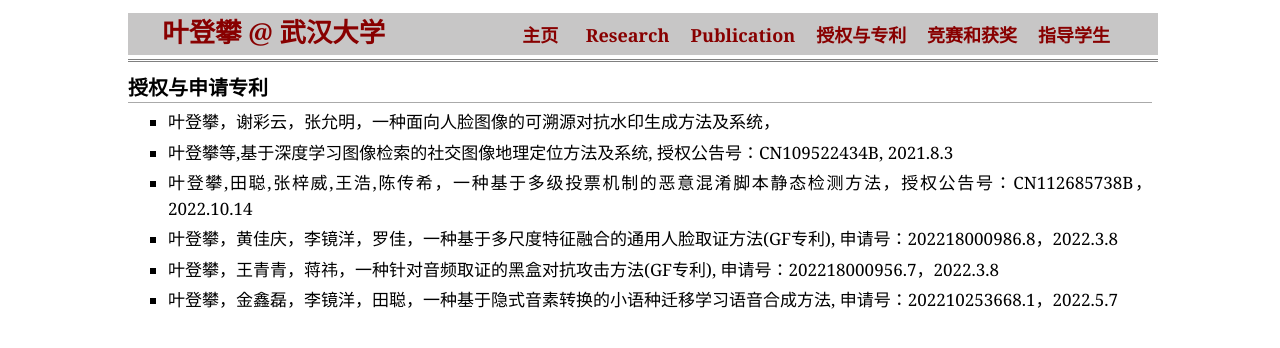
Repository: yedengpan/yedengpan.github.io
Page: patent.html
These files come from the project's save history. The page is drawn as it stood at one moment and after a run of saves; the edit follows.
The browser window is 1280 px wide. The pictures show the whole page.

Above is the page before, as saved 2024-01-18 21:02:15.
Console error: SyntaxError: Unexpected token '%'

### patent.html
<!DOCTYPE html PUBLIC "-//W3C//DTD XHTML 1.1//EN" "http://www.w3.org/TR/xhtml11/DTD/xhtml11.dtd">
<html xmlns="http://www.w3.org/1999/xhtml" xml:lang="en">
<head>
    <meta http-equiv="Content-Type" content="text/html; charset=UTF-8">
    <meta name="generator" content="jemdoc, see http://jemdoc.jaboc.net/">

    <link rel="stylesheet" href="./source_files/jemdoc.css" type="text/css">
    <title>授权与专利</title>
    <script type="text/javascript" src="./source_files/jquery-1.12.4.min.js"></script>
    <script src="./source_files/main.js"></script>

</head>
<body>
    <div id="layout-content">

        <div id="toptitle">
            <h1 width=100% id="home">
                &nbsp;&nbsp;&nbsp;&nbsp;
                <font color="#880000">叶登攀 @ 武汉大学</font>
                &nbsp;&nbsp;&nbsp;&nbsp;&nbsp;&nbsp;&nbsp;&nbsp;&nbsp;&nbsp;&nbsp;&nbsp;&nbsp;&nbsp;&nbsp;&nbsp;&nbsp;&nbsp;
                <a href="./index.html"><font color="#880000" size="4.0px">主页</font></a>
                &nbsp;&nbsp;
                <a href="./research.html"><font color="#880000" size="4.0px">Research &nbsp;&nbsp;</font></a>
                <a href="./publication.html"><font color="#880000" size="4.0px">Publication &nbsp;&nbsp;</font></a>
                <a href="./patent.html"><font color="#880000" size="4.0px">授权与专利 &nbsp;&nbsp;</font></a>
                <a href="./awards.html"><font color="#880000" size="4.0px">竞赛和获奖 &nbsp;&nbsp;</font></a>
                <a href="./student.html"><font color="#880000" size="4.0px">指导学生 &nbsp;&nbsp;</font></a>                &nbsp;&nbsp;&nbsp;&nbsp;
            </h1>
        </div>

        <br> <br>

        <h2>授权与申请专利</h2>
        <body>
            <ul>
                <li>
                    <p style="text-align: justify;">
                        叶登攀，谢彩云，张允明，一种面向人脸图像的可溯源对抗水印生成方法及系统，
                    </p>

                </li>
                <li>
                    <p style="text-align:justify;">
                        叶登攀等,基于深度学习图像检索的社交图像地理定位方法及系统, 授权公告号：CN109522434B, 2021.8.3
                    </p>
                </li>
                <li>
                    <p style="text-align:justify;">
                        叶登攀,田聪,张梓威,王浩,陈传希，一种基于多级投票机制的恶意混淆脚本静态检测方法，授权公告号：CN112685738B，2022.10.14
                    </p>
                </li>
                <li>
                    <p style="text-align:justify;">
                        叶登攀，黄佳庆，李镜洋，罗佳，一种基于多尺度特征融合的通用人脸取证方法(GF专利), 申请号：202218000986.8，2022.3.8
                    </p>
                </li>
                <li>
                    <p style="text-align:justify;">
                        叶登攀，王青青，蒋祎，一种针对音频取证的黑盒对抗攻击方法(GF专利), 申请号：202218000956.7，2022.3.8
                    </p>
                </li>
                <li>
                    <p style="text-align:justify;">
                        叶登攀，金鑫磊，李镜洋，田聪，一种基于隐式音素转换的小语种迁移学习语音合成方法, 申请号：202210253668.1，2022.5.7
                    </p>
                </li>
                <!--<li>
                    <p style="text-align:justify;">
                        叶登攀,王蕊，基于多尺度特征融合的通用图像篡改取证方法及系统，授权公告号：CN116721320A，2023.09.08
                    </p>
                </li>
                <li>
                    <p style="text-align:justify;">
                        叶登攀，金鑫磊，李镜洋，田聪，一种基于隐式音素转换的小语种迁移学习语音合成方法,申请号：202210253668.1，2022.5.7
                    </p>
                </li>
                <li>
                    <p style="text-align:justify;">
                        叶登攀等，一种基于脉搏信号的AI深度换脸视频取证方法, 申请号：201811352507.8, 2018.
                    </p>
                </li>
                <li>
                    <p style="text-align:justify;">
                        叶登攀等, 一种安全媒体指纹生成和鉴定的方法, 授权号：ZL201410208099.4, 2016.
                    </p>
                </li>
                <li>
                    <p style="text-align:justify;">
                        叶登攀，张倬胜，卢玥锟，张浩天，吴荀，一种群智感知大数据公共安全识别方法及系统，授权号：ZL201510500666.8（2017）
                    </p>
                </li>
                <li>
                    <p style="text-align:justify;">
                        叶登攀，欧阳坤，朱吉祥，马方方，一种移动平台上基于情景感知的访问控制系统及方法，授权号：ZL201510679226.3（2018）
                    </p>
                </li>
                <li>
                    <p style="text-align:justify;">
                        叶登攀，张倬胜，卢玥锟，张浩天，吴荀，一种基于群智感知的多模态数据融合方法，申请公布号：CN105005558A（2015）
                    </p>
                </li>
                <li>
                    <p style="text-align:justify;">
                        叶登攀，廉士国，王丽娜，多媒体数据盗版追踪方法，授权号：ZL101645116B（2011）
                    </p>
                </li>
                <li>
                    <p style="text-align:justify;">
                        叶登攀，廉士国，王丽娜，一种媒体发布网络中的发布内容控制方法，授权号：Zl101645117B（2011）
                    </p>
                </li>
                <li>
                    <p style="text-align:justify;">
                        叶登攀，廉士国，王丽娜，视频光盘安全分发方法，授权号：Zl101645289B（2011）
                    </p>
                </li>-->

            </ul>
        </body>
</html>

### source_files/jemdoc.css
/* Default css file for jemdoc. */

table#tlayout {
    border: none;
    border-collapse: separate;
    background: white;
}

/*body.my-body {
	background: white;*/
	/*	font-family: Georgia, serif;*/
	/*font-family: "Times New Roman", Sans-serif, Serif, Arial, Helvetica, sans-serif;
	padding-bottom: 8px;
	margin: 0;
	text-align: center;
}*/

body {
	background: white;
	font-family: Georgia, serif;
	padding-bottom: 8px;
	margin: 0;
	text-align: center;
}

/*
:lang(en) {
	font-family: "Arial", sans-serif;
}

:not(:lang(en)) {
	font-family: inherit;
}
*/

#layout-menu {
	background: #f6f6f6;
	border: 1px solid #dddddd;
	padding-top: 0.5em;
	padding-left: 8px;
	padding-right: 8px;
	font-size: 1.0em;
	width: auto;
	white-space: nowrap;
    text-align: left;
    vertical-align: top;
}

#layout-menu td {
	background: #f4f4f4;
    vertical-align: top;
}

#layout-content {
	padding-top: 0.0em;
	padding-left: 1.0em;
	padding-right: 1.0em;
    border: none;
    background: white;
    text-align: left;
    vertical-align: top;
    /* width:950px; */
    width:1024px;
	/* width:1024px; */
    margin: auto;
}

#layout-menu a {
	line-height: 1.5em;
	margin-left: 0.5em;
}

tt {
    background: #ffffdd;
}

pre, tt {
	font-size: 90%;
	font-family: monaco, monospace;
}

a, a > tt {
	/*color: #0000FF;*/
  color: #0055AA;
	text-decoration: none;
}

a:hover {
	border-bottom: 1px gray dotted;
}

#layout-menu a.current:link, #layout-menu a.current:visited {
	color: #022b6d;
	border-bottom: 1px gray solid;
}
#layout-menu a:link, #layout-menu a:visited, #layout-menu a:hover {
	color: #527bbd;
	text-decoration: none;
}
#layout-menu a:hover {
	text-decoration: none;
}

div.menu-category {
	border-bottom: 1px solid gray;
	margin-top: 0.8em;
	padding-top: 0.2em;
	padding-bottom: 0.1em;
	font-weight: bold;
}

div.menu-item {
	padding-left: 16px;
	text-indent: -16px;
}

div#toptitle {
	padding-bottom: 0.2em;
	margin-bottom: 1.5em;
	border-bottom: 3px double gray;
  position:fixed;

}

/* Reduce space if we begin the page with a title. */
div#toptitle + h2, div#toptitle + h3 {
	margin-top: -0.7em;
}

div#subtitle {
	margin-top: 0.0em;
	margin-bottom: 0.0em;
	padding-top: 0em;
	padding-bottom: 0.1em;
}

em {
	font-style: italic;
}

strong {
	font-weight: bold;
}


h1, h2, h3 {
	color: #000000;
	margin-top: 0.9em;
	margin-bottom: 0.3em;
	padding-bottom: 0.2em;
	line-height: 1.0;
	padding-top: 0.5em;
	border-bottom: 1px solid #aaaaaa;
}

h1 {
	font-size: 165%;
  /*background: #003366;*/
  background: #C7C6C6;
  line-height: 1.5;
}

h2 {
	padding-top: 0.8em;
	font-size: 125%;
}

h2 + h3 {
    padding-top: 0.2em;
}

h3 {
	font-size: 110%;
	border-bottom: none;
}

p {
	margin-top: 0.0em;
	margin-bottom: 0.8em;
	padding: 0;
	line-height: 1.5;
  	/*size of font in body*/
  	font-size: 17px;
}

pre {
	padding: 0;
	margin: 0;
}

div#footer {
	font-size: small;
	border-top: 1px solid #c0c0c0;
	padding-top: 0.1em;
	margin-top: 4.0em;
	color: #c0c0c0;
}

div#footer a {
	color: #80a0b0;
}

div#footer-text {
	float: left;
	padding-bottom: 8px;
}

ul, ol, dl {
	margin-top: 0.2em;
	padding-top: 0;
	margin-bottom: 0.8em;
}

dt {
	margin-top: 0.5em;
	margin-bottom: 0;
}

dl {
	margin-left: 20px;
}

dd {
	color: #222222;
}

dd > *:first-child {
	margin-top: 0;
}

ul {
	list-style-position: outside;
	list-style-type: square;
}

p + ul, p + ol {
	margin-top: -0.5em;
}

li ul, li ol {
	margin-top: -0.3em;
}

ol {
	list-style-position: outside;
	list-style-type: decimal;
}

li p, dd p {
	margin-bottom: 0.3em;
}


ol ol {
	list-style-type: lower-alpha;
}

ol ol ol {
	list-style-type: lower-roman;
}

p + div.codeblock {
	margin-top: -0.6em;
}

div.codeblock, div.infoblock {
	margin-right: 0%;
	margin-top: 1.2em;
	margin-bottom: 1.3em;
}

div.blocktitle {
	font-weight: bold;
	color: #cd7b62;
	margin-top: 1.2em;
	margin-bottom: 0.1em;
}

div.blockcontent {
	border: 1px solid silver;
	padding: 0.3em 0.5em;
}

div.infoblock > div.blockcontent {
	background: #ffffee;
}

div.blockcontent p + ul, div.blockcontent p + ol {
	margin-top: 0.4em;
}

div.infoblock p {
	margin-bottom: 0em;
}

div.infoblock li p, div.infoblock dd p {
	margin-bottom: 0.5em;
}

div.infoblock p + p {
	margin-top: 0.8em;
}

div.codeblock > div.blockcontent {
	background: #f6f6f6;
}

span.pycommand {
	color: #000070;
}

span.statement {
	color: #008800;
}
span.builtin {
	color: #000088;
}
span.special {
	color: #990000;
}
span.operator {
	color: #880000;
}
span.error {
	color: #aa0000;
}
span.comment, span.comment > *, span.string, span.string > * {
	color: #606060;
}

@media print {
	#layout-menu { display: none; }
}

#fwtitle {
	margin: 2px;
}

#fwtitle #toptitle {
	padding-left: 0.5em;
	margin-bottom: 0.5em;
}

#layout-content h1:first-child, #layout-content h2:first-child, #layout-content h3:first-child {
	margin-top: -0.7em;
}

div#toptitle h1, #layout-content div#toptitle h1 {
	margin-bottom: 0.0em;
	padding-bottom: 0.1em;
	padding-top: 0;
	margin-top: 0.5em;
	border-bottom: none;
}

img.eq {
	padding: 0;
	padding-left: 0.1em;
	padding-right: 0.1em;
	margin: 0;
}

img.eqwl {
	padding-left: 2em;
	padding-top: 0.6em;
	padding-bottom: 0.2em;
	margin: 0;
}

table {
    border: 2px solid black;
    border-collapse: collapse;
}

td {
    padding: 2px;
    padding-left: 0.5em;
    padding-right: 0.5em;
    text-align: center;
    border: 1px solid gray;
}

table + table {
    margin-top: 1em;
}

tr.heading {
    font-weight: bold;
    border-bottom: 2px solid black;
}

img {
    border: none;
}

table.imgtable, table.imgtable td {
    border: none;
    text-align: left;
    padding-top: 4em;
}

### static/js/main.js
---
---
$(function() {
  deadlineByConf = {};

  {% for conf in site.data.conferences %}
  {% assign conf_id = conf.name | append: conf.year | slugify %}
  {% if conf.deadline == "TBA" %}
  $('#{{ conf_id }} .timer').html("TBA");
  $('#{{ conf_id }} .deadline-time').html("TBA");
  deadlineByConf["{{ conf_id }}"] = null;

  {% else %}
  var rawDeadlines = {{ conf.deadline | jsonify }} || [];
  if (rawDeadlines.constructor !== Array) {
    rawDeadlines = [rawDeadlines];
  }
  var parsedDeadlines = [];
  while (rawDeadlines.length > 0) {
    var rawDeadline = rawDeadlines.pop();
    // check if date is template
    if (rawDeadline.indexOf('%m') >= 0) {
      for (var m = 1; m <= 12; m++) {
        rawDeadlines.push(rawDeadline.replace('%m', m < 10 ? '0' + m : m));
      }
    } else if (rawDeadline.indexOf('%y') >= 0) {
      year = parseInt(moment().year());
      rawDeadlines.push(rawDeadline.replace('%y', year));
      rawDeadlines.push(rawDeadline.replace('%y', year + 1));

    } else {
      // adjust date according to deadline timezone
      {% if conf.timezone %}
      var deadline = moment.tz(rawDeadline, "{{ conf.timezone }}");
      {% else %}
      var deadline = moment.tz(rawDeadline, "Etc/GMT+12"); // Anywhere on Earth
      {% endif %}

      // post-process date
      if (deadline.minutes() === 0) {
        deadline.subtract(1, 'seconds');
      }
      if (deadline.minutes() === 59) {
        deadline.seconds(59);
      }
      parsedDeadlines.push(deadline);
    }
  }

  // check which deadline is closest
  var confDeadline = parsedDeadlines[0];
  var today = moment();
  for (var i = 1; i < parsedDeadlines.length; i++) {
    deadlineCandidate = parsedDeadlines[i];
    if ((today.diff(deadlineCandidate) < 0 && today.diff(deadlineCandidate) > today.diff(confDeadline))) {
      confDeadline = deadlineCandidate;
    }
  }

  // render countdown timer
  if (confDeadline) {
    function make_update_countdown_fn(confDeadline) {
      return function(event) {
        diff = moment() - confDeadline
        if (diff <= 0) {
           $(this).html(event.strftime('%D days %Hh %Mm %Ss'));
        } else {
          $(this).html(confDeadline.fromNow());
        }
      }
    }
    $('#{{ conf_id }} .timer').countdown(confDeadline.toDate(), make_update_countdown_fn(confDeadline));
    // check if date has passed, add 'past' class to it
    if (moment() - confDeadline > 0) {
      $('#{{ conf_id }}').addClass('past');
    }
    $('#{{ conf_id }} .deadline-time').html(confDeadline.local().format('D MMM YYYY, h:mm:ss a'));
    deadlineByConf["{{ conf_id }}"] = confDeadline;
  }
  {% endif %}
  {% endfor %}

  // Reorder list
  confs = $('.conf');
  confs.detach().sort(function(a, b) {
    var today = moment();
    var a = deadlineByConf[a.id];
    var b = deadlineByConf[b.id];
    var diff1 = today.diff(a)
    var diff2 = today.diff(b)
    if (a == null && b == null) {
      return 0;
    }
    if (a == null && diff2 > 0) {
      return -1;
    }
    if (a == null && diff2 < 0) {
      return +1;
    }
    if (b == null && diff1 > 0) {
      return +1;
    }
    if (b == null && diff1 < 0) {
      return -1;
    }
    if (diff1 < 0 && diff2 > 0) {
      return -1;
    }
    if (diff1 > 0 && diff2 < 0) {
      return +1;
    }
    if (diff1 < 0 && diff2 < 0) {
      return -1 ? diff1 < diff2 : +1;
    }
    if (diff1 > 0 && diff2 > 0) {
      return -1 ? a < b : +1;
    }
  });
  $('.conf-container').append(confs);

  // Set checkboxes
  var conf_type_data = {{ site.data.types | jsonify }};
  var all_tags = [];
  var toggle_status = {};
  for (var i = 0; i < conf_type_data.length; i++) {
    all_tags[i] = conf_type_data[i]['tag'];
    toggle_status[all_tags[i]] = false;
  }
  var tags = store.get('{{ site.domain }}');
  if (tags === undefined) {
    tags = all_tags;
  }
  for (var i = 0; i < tags.length; i++) {
    $('#' + tags[i] + '-checkbox').prop('checked', true);
    toggle_status[tags[i]] = true;
  }
  store.set('{{ site.domain }}', tags);

  function update_conf_list() {
    confs.each(function(i, conf) {
      var conf = $(conf);
      var show = false;
      for (var i = 0; i < all_tags.length; i++) {
        if(conf.hasClass(all_tags[i])) {
          show = show | toggle_status[all_tags[i]];
        }
      }
      if (show) {
        conf.show();
      } else {
        conf.hide()
      }
    });
  }
  update_conf_list();

  // Event handler on checkbox change
  $('form :checkbox').change(function(e) {
    var checked = $(this).is(':checked');
    var tag = $(this).prop('id').slice(0, -9);
    toggle_status[tag] = checked;

    if (checked == true) {
      if (tags.indexOf(tag) < 0)
        tags.push(tag);
    }
    else {
      var idx = tags.indexOf(tag);
      if (idx >= 0)
        tags.splice(idx, 1);
    }
    store.set('{{ site.domain }}', tags);
    update_conf_list();
  });
});

Loaded but not shown: source_files/jquery-1.12.4.min.js (library)

After the next 5 saves:
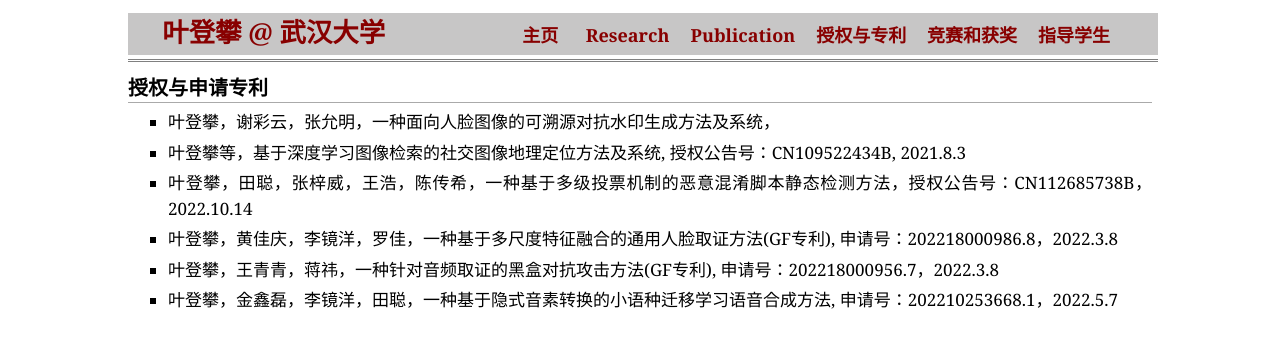
The 5 saves are shown as one change because they came seconds apart.
The last was saved 12 s later.
--- a/patent.html
+++ b/patent.html
@@ -41,12 +41,12 @@
                 </li>
                 <li>
                     <p style="text-align:justify;">
-                        叶登攀等,基于深度学习图像检索的社交图像地理定位方法及系统, 授权公告号：CN109522434B, 2021.8.3
+                        叶登攀等，基于深度学习图像检索的社交图像地理定位方法及系统, 授权公告号：CN109522434B, 2021.8.3
                     </p>
                 </li>
                 <li>
                     <p style="text-align:justify;">
-                        叶登攀,田聪,张梓威,王浩,陈传希，一种基于多级投票机制的恶意混淆脚本静态检测方法，授权公告号：CN112685738B，2022.10.14
+                        叶登攀，田聪，张梓威，王浩，陈传希，一种基于多级投票机制的恶意混淆脚本静态检测方法，授权公告号：CN112685738B，2022.10.14
                     </p>
                 </li>
                 <li>
